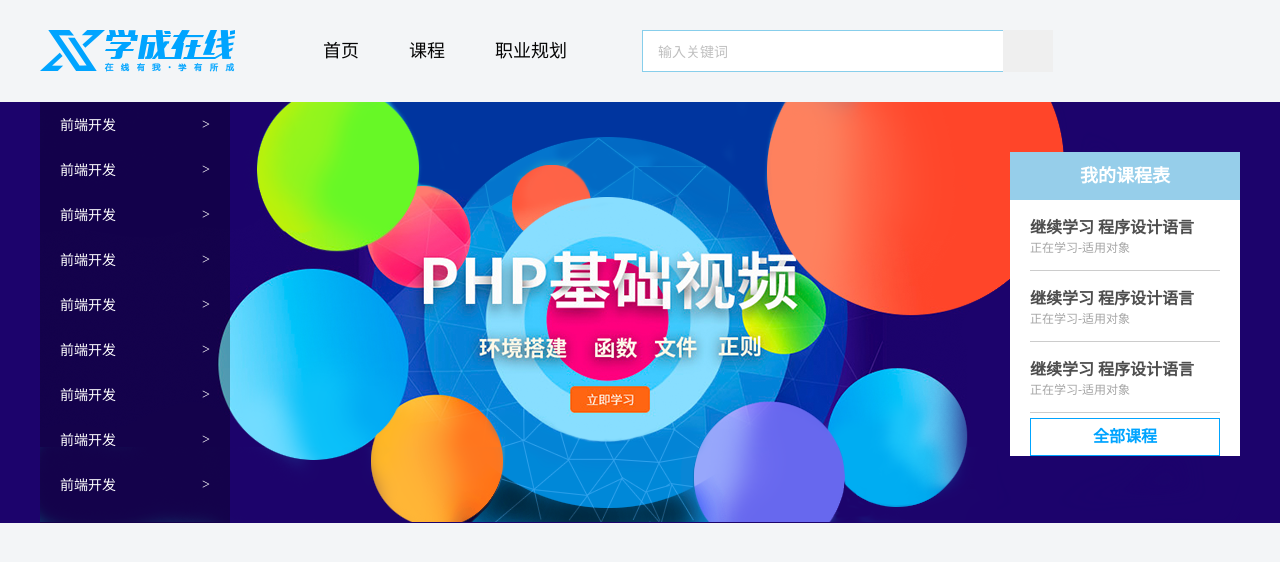
Repository: R1Deemo/Web-Project
Page: index..html
An editor plug-in stored every save of this project. The page is shown before and after the next save, followed by the edit.
The browser window is 1280 px wide. The pictures show the whole page.

Above is the page before, as saved 2022-03-09 18:40:48.

After the next save:
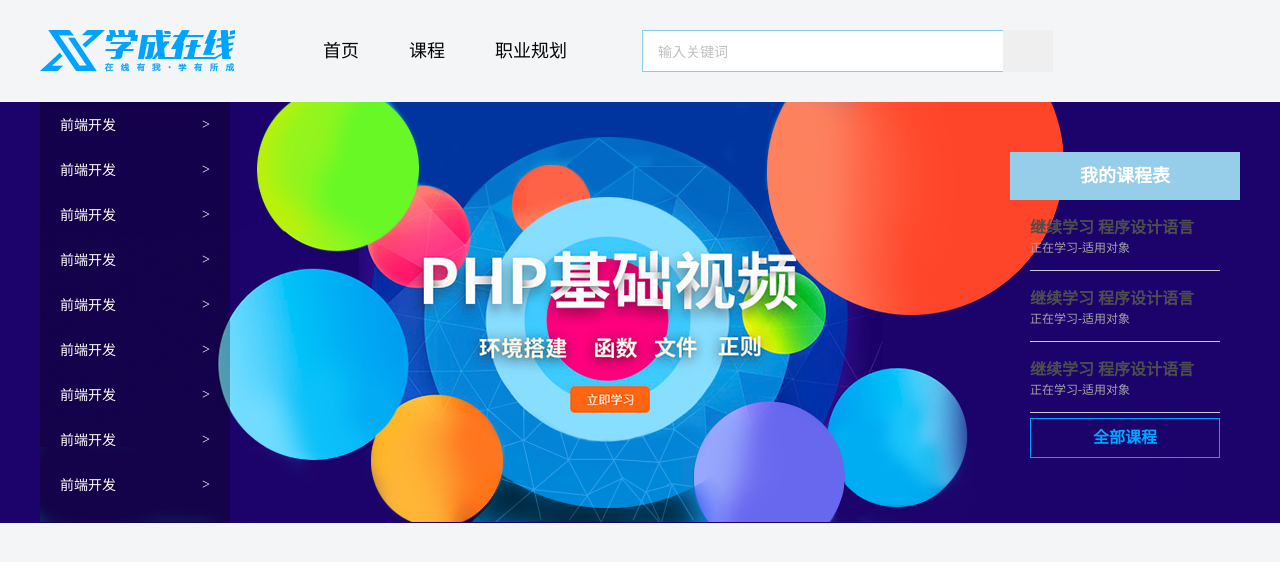
Saved 4 min 9 s later.
--- a/style.css
+++ b/style.css
@@ -121,7 +121,7 @@
     float: right;
     margin-top: 50px;
     width: 230px;
-    height: 310px;
+    height: 300px;
     /* background-color: #fff; */
 }
 
@@ -136,7 +136,7 @@
 
 .bd {
     padding: 0 20px;
-    background-color: white;
+    /* background-color: white; */
 }
 
 .bd ul li h4 {
@@ -156,10 +156,10 @@
 
 .bd .more {
     display: block;
-    height: 36px;
+    height: 38px;
     border: 1px solid #00a4ff;
     text-align: center;
-    line-height: 36px;
+    line-height: 38px;
     color: #00a4ff;
     font-size: 16px;
     font-weight: 700;
